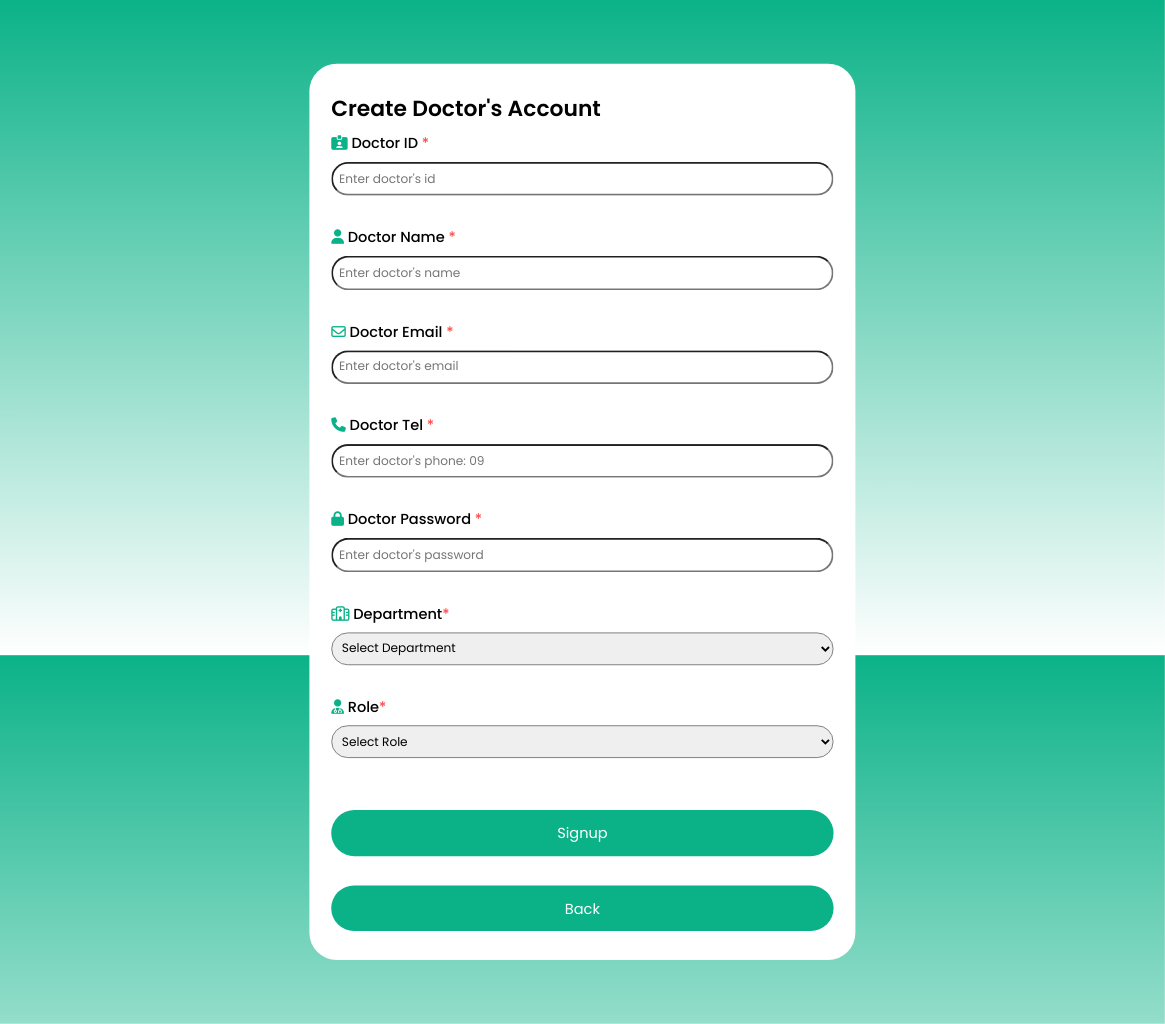
Repository: theonlymono/FitfinityHealthcareWebsiteJ2EE
Page: http://localhost/Fitfinity/drSignUp.jsp
These files come from the project's save history. The page is drawn as it stood at one moment and after the next save; the edit follows.
The browser window is 1280 px wide. The pictures show the whole page, at 91% of full size.
Backgrounds fixed to the window are drawn as part of the page. The page is served by Tomcat 9.

Above is the page before, as saved 2024-02-27 17:12:33.

After the next save:
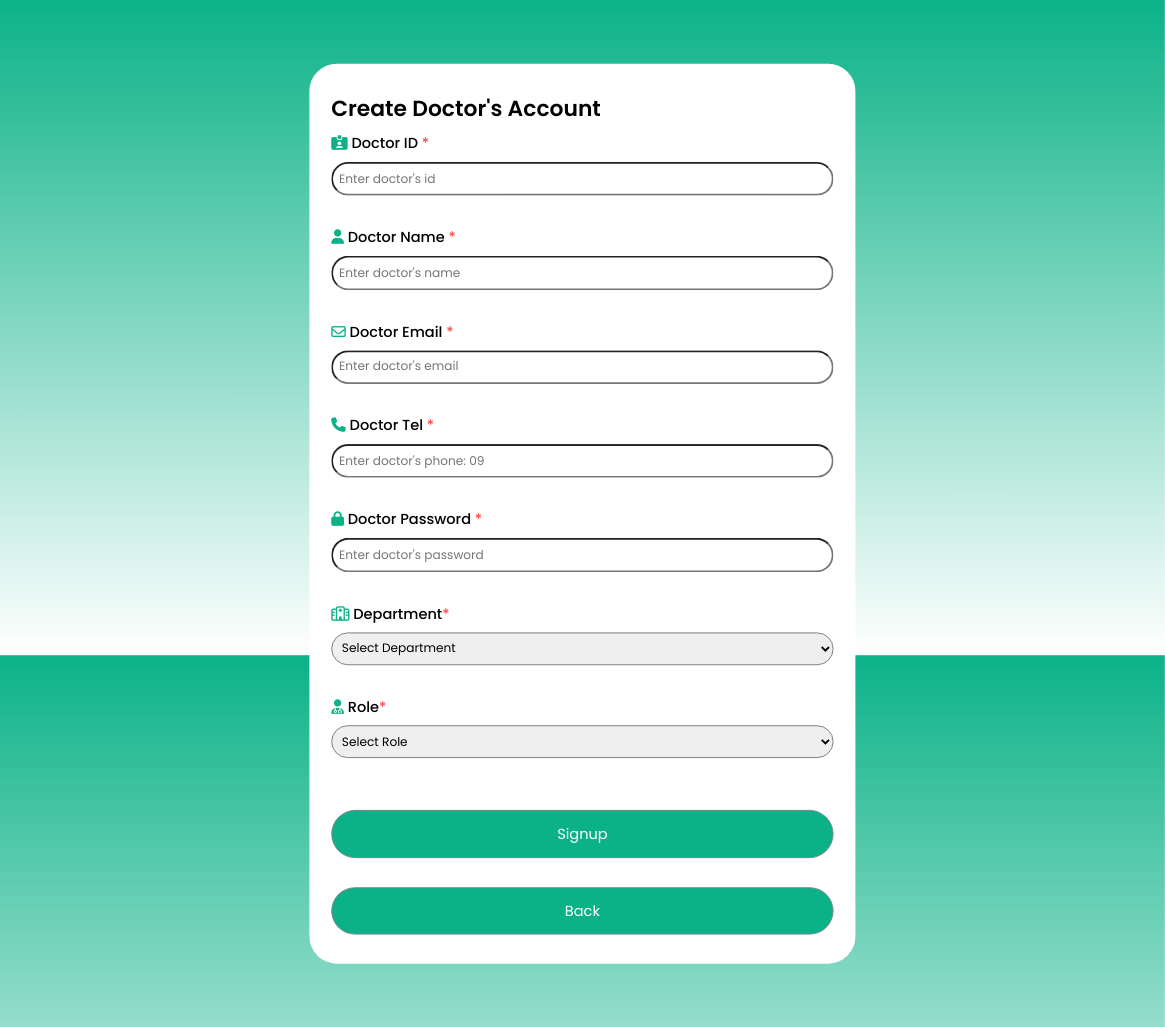
Saved 9 min 30 s later.
--- a/fitfinity/Fitfinity/WebContent/drSignUp.jsp
+++ b/fitfinity/Fitfinity/WebContent/drSignUp.jsp
@@ -73,7 +73,7 @@
         button {
             font-size: 1em;
             background-color: #0bb288;
-            border: none;
+            border: 1px solid grey;
             color: #ffffff;
             padding: 0.8em 0;
             margin-top: 2em;
